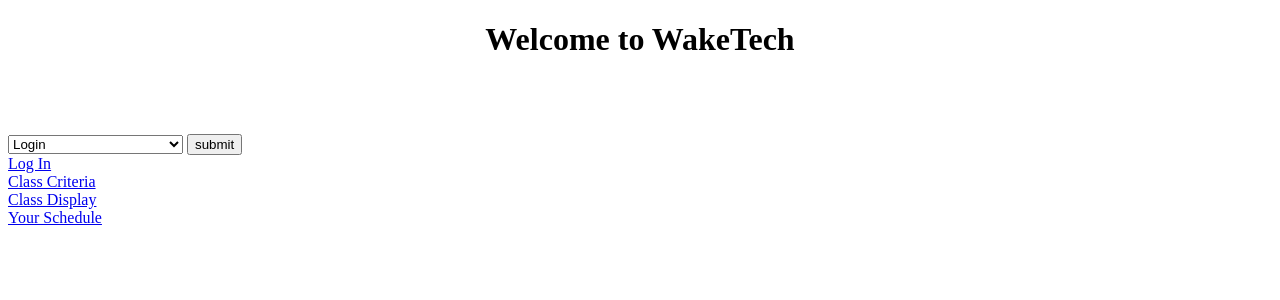
Repository: weshayutin/java258Online
Page: http://localhost/Week5Assignment/menu.jsp
The author's editor kept a copy of each file at every save. The page is drawn from the files as they stood at one save, then again after the next save.
The browser window is 1280 px wide. The pictures show the whole page.
The page is served by Tomcat 9. Other server files are loaded and not shown.

Above is the page before, as saved 2011-02-13 23:44:44.

### workspace/Week5Assignment/WebContent/menu.jsp
<%@ page language="java" contentType="text/html; charset=UTF-8"
    pageEncoding="UTF-8"%>
<!DOCTYPE html PUBLIC "-//W3C//DTD HTML 4.01 Transitional//EN" "http://www.w3.org/TR/html4/loose.dtd">
<html>
<head>
<meta http-equiv="Content-Type" content="text/html; charset=UTF-8">
<title>Welcome To Wake Tech</title>
</head>
<body>
<h1 align="center"> Welcome to WakeTech</h1>
<br><br><br>

<form method="post" action="shedule.do?referer=value">
 <select name=referer>
  <option value="login">Login</option>
  <option value="classcriteria">Search By Criteria</option>
  <option value="classdisplay">Search By Prefix</option>
  <option value="schedule">Display Student Schedule</option>
</select>

	 <input type="SUBMIT" value="submit"/>



</form>

<a href="login.jsp">Log In</a>
<br>
<a href="classcriteria.jsp">Class Criteria</a>
<br>
<a href="classdisplay.jsp">Class Display</a>
<br>
<a href="schedule.do">Your Schedule</a>


</body>
</html>

After the next save:
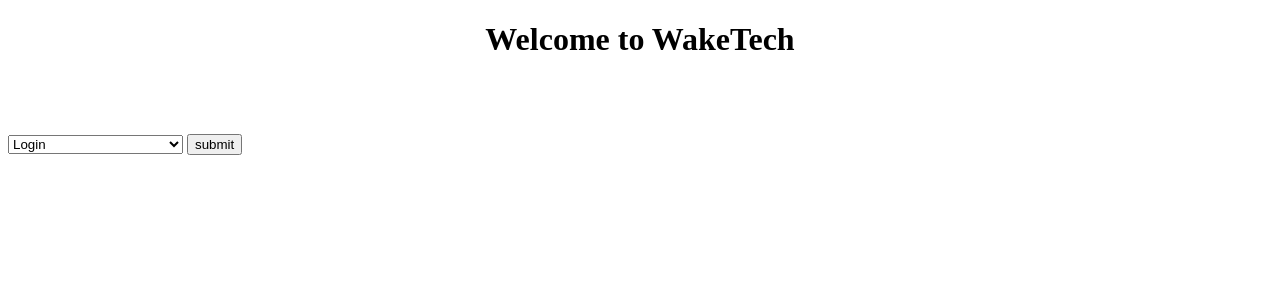
Saved 6 s later.
--- a/workspace/Week5Assignment/WebContent/menu.jsp
+++ b/workspace/Week5Assignment/WebContent/menu.jsp
@@ -24,13 +24,6 @@
 
 </form>
 
-<a href="login.jsp">Log In</a>
-<br>
-<a href="classcriteria.jsp">Class Criteria</a>
-<br>
-<a href="classdisplay.jsp">Class Display</a>
-<br>
-<a href="schedule.do">Your Schedule</a>
 
 
 </body>
